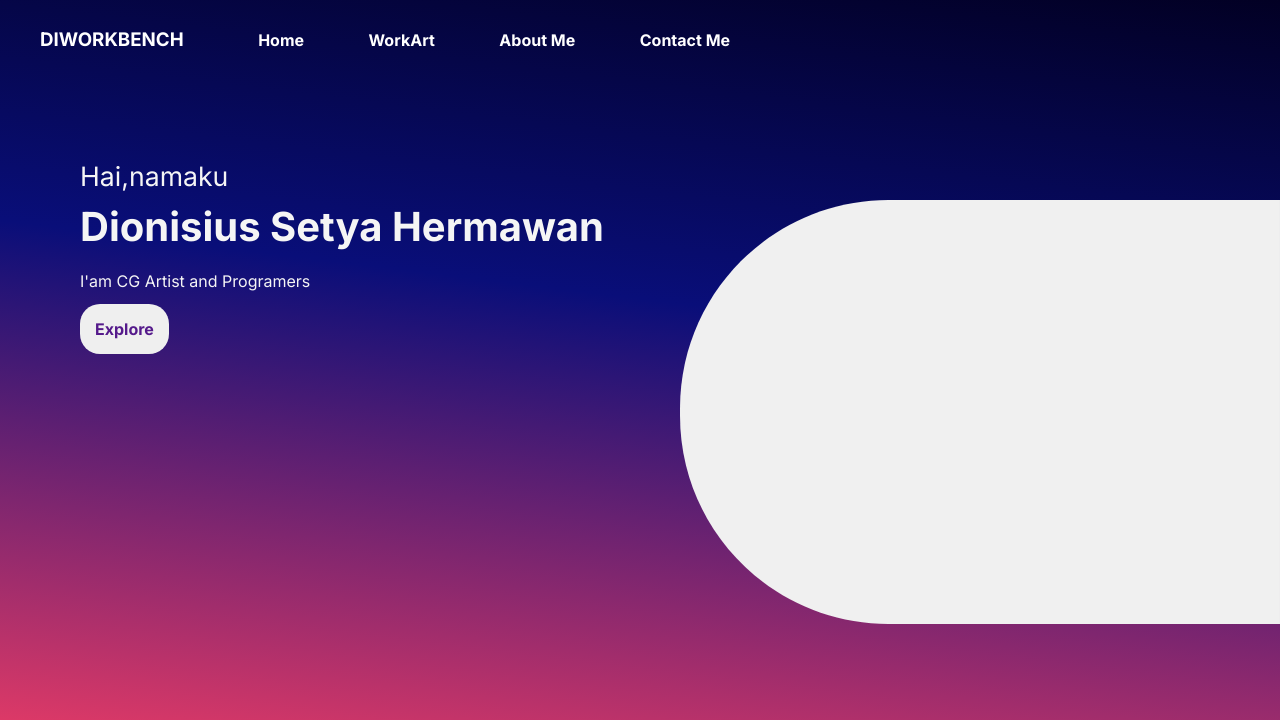
Repository: sius012/DiWorkbench
Page: index.html
An editor plug-in stored every save of this project. The page is shown before and after the next save, followed by the edit.
The browser window is 1280 px wide. The pictures show the whole page.

Above is the page before, as saved 2023-04-06 21:43:21.

### index.html
<!DOCTYPE html>
<html lang="en">
<head>
    <meta charset="UTF-8">
    <meta http-equiv="X-UA-Compatible" content="IE=edge">
    <meta name="viewport" content="width=device-width, initial-scale=1.0">
    <title>Document</title>
    <link href="https://fonts.googleapis.com/css2?family=Inter:wght@400;500;600;700;800;900&display=swap" rel="stylesheet">
    <style>
      *{
        font-family: 'Inter', sans-serif;
        margin:0px;
      }

      a{
        text-decoration: none;
      }

      body{
        background: rgb(2,0,36);
        background: linear-gradient(187deg, rgba(2,0,36,1) 0%, rgba(9,14,121,1) 43%, rgba(220,57,103,1) 100%, rgba(12,10,124,1) 100%);
        height: 100vh;
        overflow-x: hidden;
      }

      .nav-cont li{
        display: inline-block;
      }

      .nav-cont li a{
        padding: 30px;
        display: block;
        text-decoration: none;
        color: white;
        font-weight: bold;

      }

      nav ul{
        list-style-type: none;
        margin: 0px;
        display: inline-block
      }

      .link-nav:hover{
        background-color: rgba(159, 159, 159, 0.349);
      }

      .container img{
        float: right;
        width: 600px;
        margin-top: 40px;
        position: absolute;
        right: 0;
        animation: slide 0.3s ease-in-out;
      }

      .container-section{
        color: whitesmoke;
        margin: 80px;
      }

      .h3-name{
        font-size: 30pt;
      }

      .h6-name{
        font-size: 20pt;
        font-weight: normal;
        margin-bottom: 10px;
      }

      .btn-explore{
        padding: 15px;
        border: none;
        border-radius: 20px;
        font-size: 12pt;
        margin-top:10pt;
        font-weight: bold;
      }


      .p-text{
        margin-top: 20px;
      }


      @keyframes slide {
        from {
          right: -1000px;
        }
        to {
          right: 0px;
        }
      }

      .nav-brand{
        color: white;
        font: 20px;
      }
    </style>
</head>
<body>
  <nav>
    <ul>
      <li><h3 class="nav-brand">DIWORKBENCH</h3></li>
    </ul>
    <ul class="nav-cont">
      <li><a href="" class="link-nav">Home </a></li>
      <li><a href="" class="link-nav">WorkArt</a></li>
      <li><a href="" class="link-nav">About Me</a></li>
      <li><a href="" class="link-nav">Contact Me</a></li>
    </ul>
    <div class="container">
      <img src="asset/image/rounded_frame.svg" alt="">
      <div class="container-section">
        <h6 class="h6-name">Hai,namaku</h6>
        <h3 class="h3-name">Dionisius Setya Hermawan</h3>
        <p class="p-text">I'am CG Artist and Programers</p>
        <button class="btn-explore"><a href="">Explore</a></button>
      </div>

    </div>
  </nav>
</body>
</html>

After the next save:
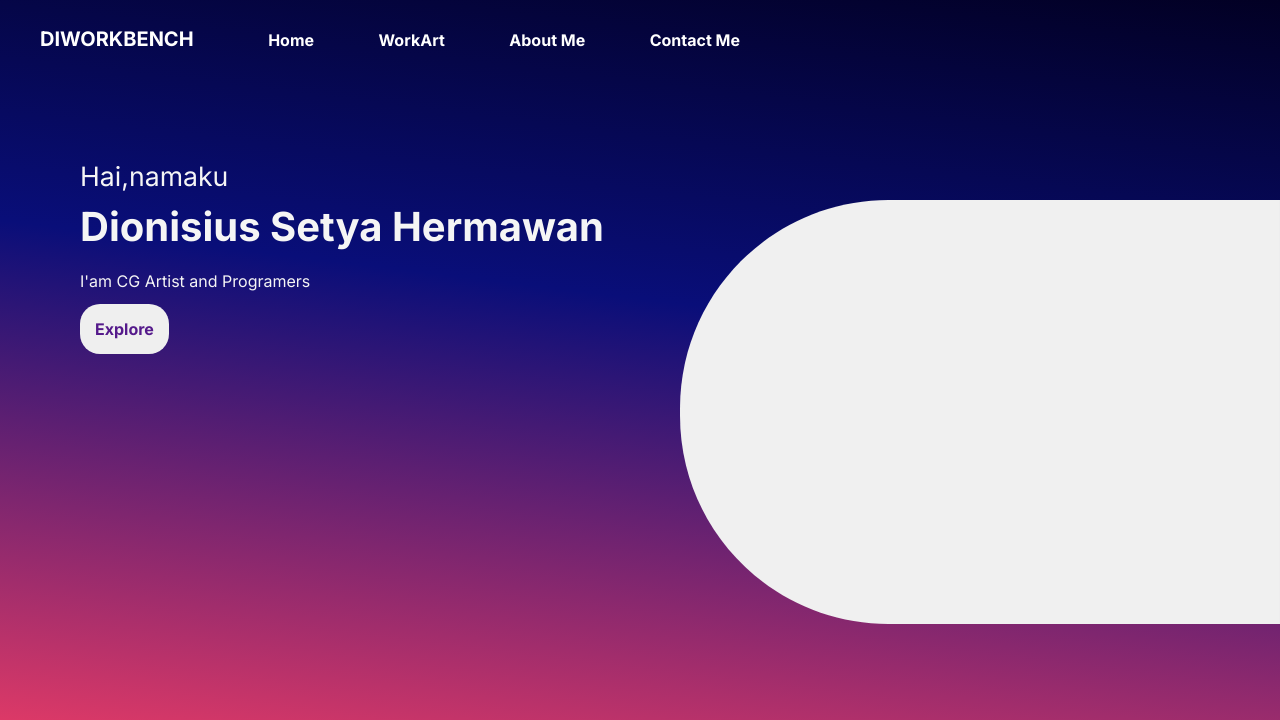
Saved 5 s later.
--- a/index.html
+++ b/index.html
@@ -96,7 +96,7 @@
 
       .nav-brand{
         color: white;
-        font: 20px;
+        font-size: 20px;
       }
     </style>
 </head>
